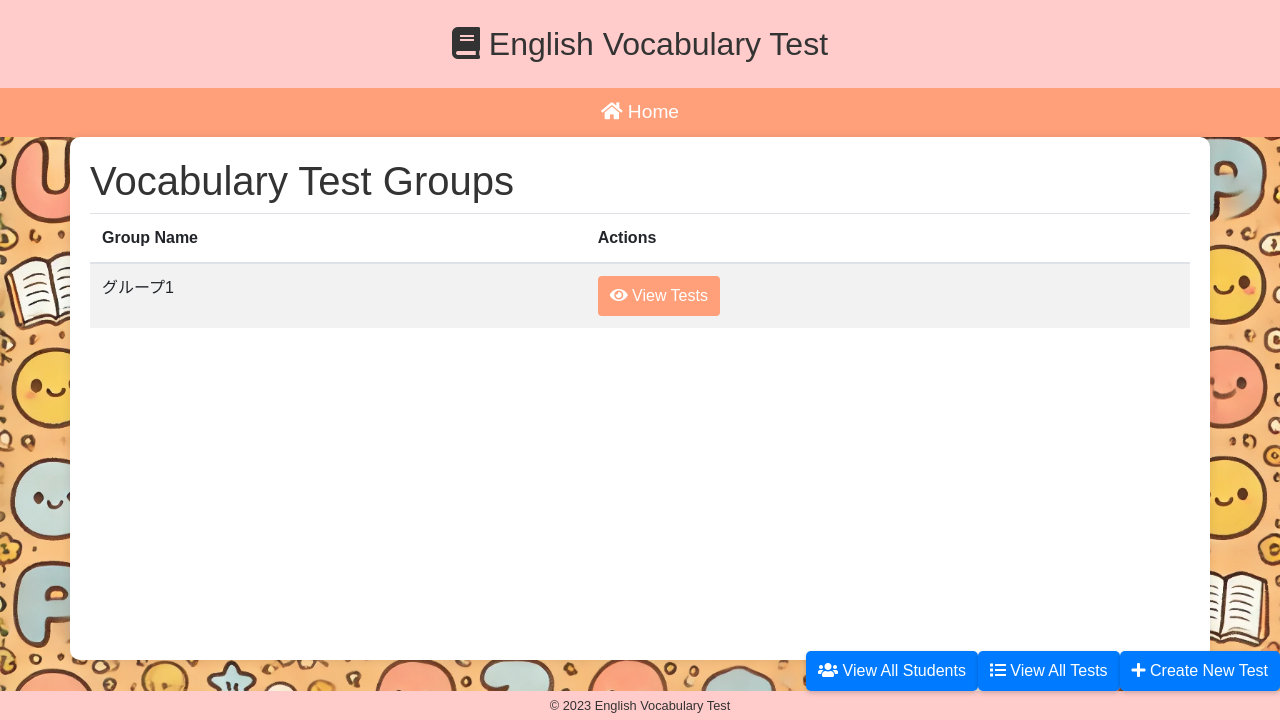
Repository: YamatoGH/testapp
Page: http://localhost/
An editor plug-in stored every save of this project. The page is shown before and after the next save, followed by the edit.
The browser window is 1280 px wide. The pictures show the whole page.
The page is served by the project's application, run on Django 5.2 (manage.py).

Above is the page before, as saved 2024-07-30 10:35:04.

After the next save:
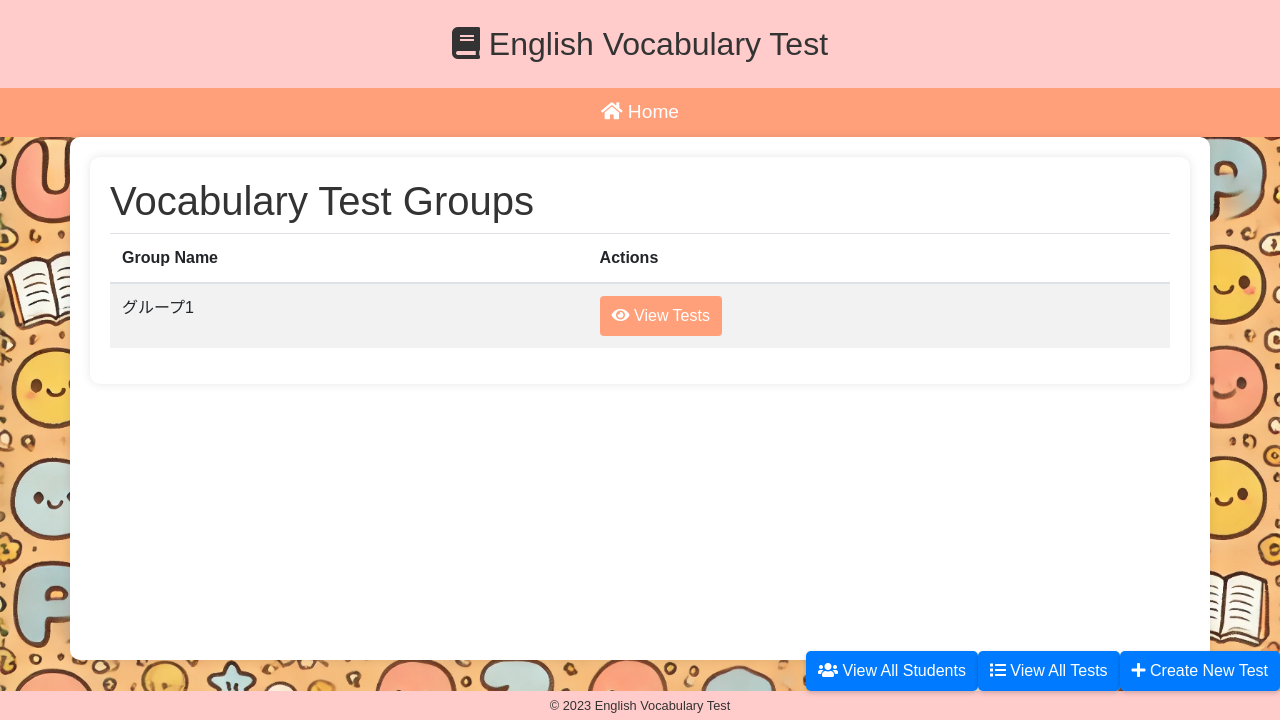
Saved 7 min 1 s later.
--- a/testapp/templates/testapp/home.html
+++ b/testapp/templates/testapp/home.html
@@ -1,61 +1,29 @@
-<!DOCTYPE html>
-<html>
-<head>
-    <title>Home</title>
-    <link rel="stylesheet" href="https://stackpath.bootstrapcdn.com/bootstrap/4.3.1/css/bootstrap.min.css">
-    <link rel="stylesheet" href="https://cdnjs.cloudflare.com/ajax/libs/font-awesome/5.15.3/css/all.min.css">
-    <link rel="stylesheet" type="text/css" href="/static/testapp/css/style.css">
-</head>
-<body>
-    <header>
-        <i class="fas fa-book"></i> English Vocabulary Test
-    </header>
-    <nav>
-        <a href="/"><i class="fas fa-home"></i> Home</a>
-    </nav>
-    <div class="container">
-        <h1>Vocabulary Test Groups</h1>
-        <table class="table table-striped table-hover">
-            <thead>
-                <tr>
-                    <th>Group Name</th>
-                    <th>Actions</th>
-                </tr>
-            </thead>
-            <tbody>
-                <tr>
-                    <td>グループ1</td>
-                    <td><a href="/group-tests/1/" class="btn btn-custom"><i class="fas fa-eye"></i> View Tests</a></td>
-                </tr>
-            </tbody>
-        </table>
-    </div>
+{% extends "testapp/base.html" %}
 
-    <div class="fixed-buttons">
-        <a href="/students/" class="btn btn-custom view-all-students-button"><i class="fas fa-users"></i> View All Students</a>
-        <a href="/all-tests/" class="btn btn-custom all-tests-button"><i class="fas fa-list"></i> View All Tests</a>
-        <a href="/create-test/" class="btn btn-custom create-test-button"><i class="fas fa-plus"></i> Create New Test</a>
-    </div>
+{% block title %}Home{% endblock %}
 
-    <footer>
-        © 2023 English Vocabulary Test
-    </footer>
+{% block content %}
+<div class="container">
+    <h1>Vocabulary Test Groups</h1>
+    <table class="table table-striped table-hover">
+        <thead>
+            <tr>
+                <th>Group Name</th>
+                <th>Actions</th>
+            </tr>
+        </thead>
+        <tbody>
+            <tr>
+                <td>グループ1</td>
+                <td><a href="/group-tests/1/" class="btn btn-custom"><i class="fas fa-eye"></i> View Tests</a></td>
+            </tr>
+        </tbody>
+    </table>
+</div>
 
-    <script>
-        document.addEventListener("DOMContentLoaded", function() {
-            var coll = document.getElementsByClassName("collapsible");
-            for (var i = 0; i < coll.length; i++) {
-                coll[i].addEventListener("click", function() {
-                    this.classList.toggle("active");
-                    var content = this.nextElementSibling;
-                    if (content.style.display === "block") {
-                        content.style.display = "none";
-                    } else {
-                        content.style.display = "block";
-                    }
-                });
-            }
-        });
-    </script>
-</body>
-</html>
+<div class="fixed-buttons">
+    <a href="/students/" class="btn btn-custom view-all-students-button"><i class="fas fa-users"></i> View All Students</a>
+    <a href="/all-tests/" class="btn btn-custom all-tests-button"><i class="fas fa-list"></i> View All Tests</a>
+    <a href="/create-test/" class="btn btn-custom create-test-button"><i class="fas fa-plus"></i> Create New Test</a>
+</div>
+{% endblock %}
